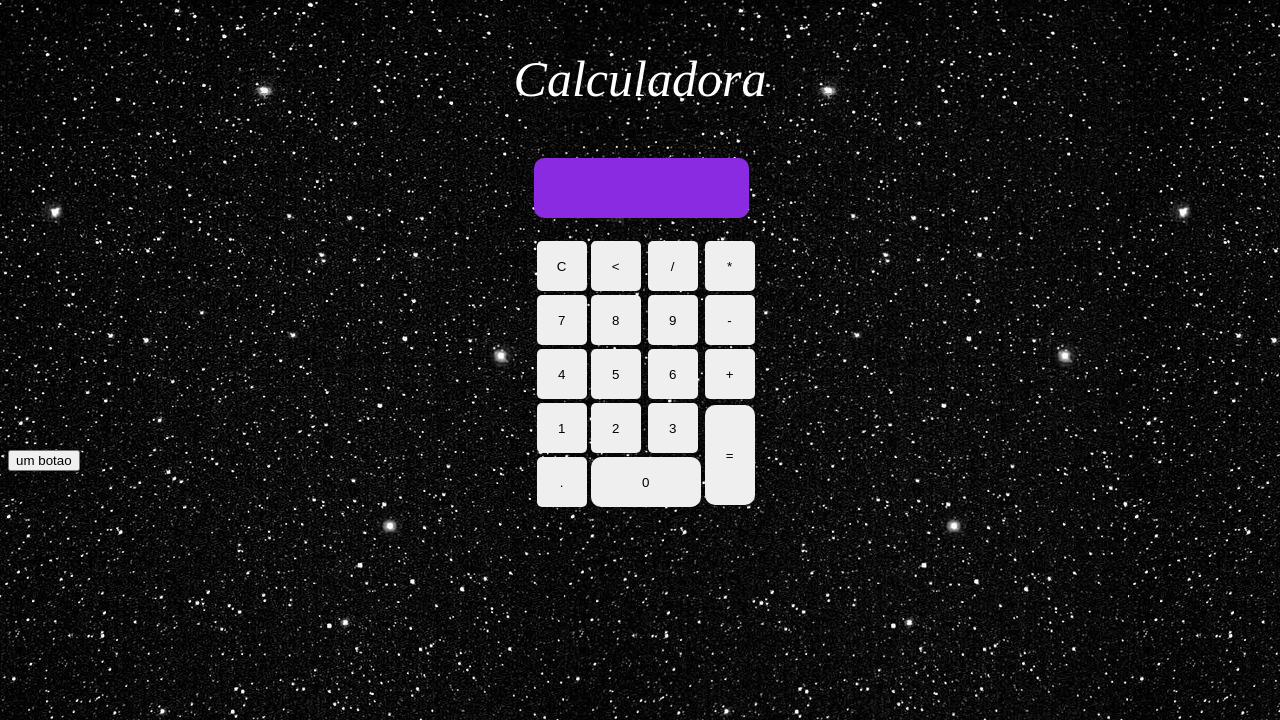
Repository: mariele-huff/calculadora
Page: index.html
The author's editor kept a copy of each file at every save. The page is drawn from the files as they stood at one save, then again after the next save.
The browser window is 1280 px wide. The pictures show the whole page.
After loading, the first visible `button[onclick="mudaCor()"]` was clicked once.

Above is the page before, as saved 2022-08-14 20:24:36.
Console error: TypeError: Cannot read properties of null (reading 'style')

After the next save:
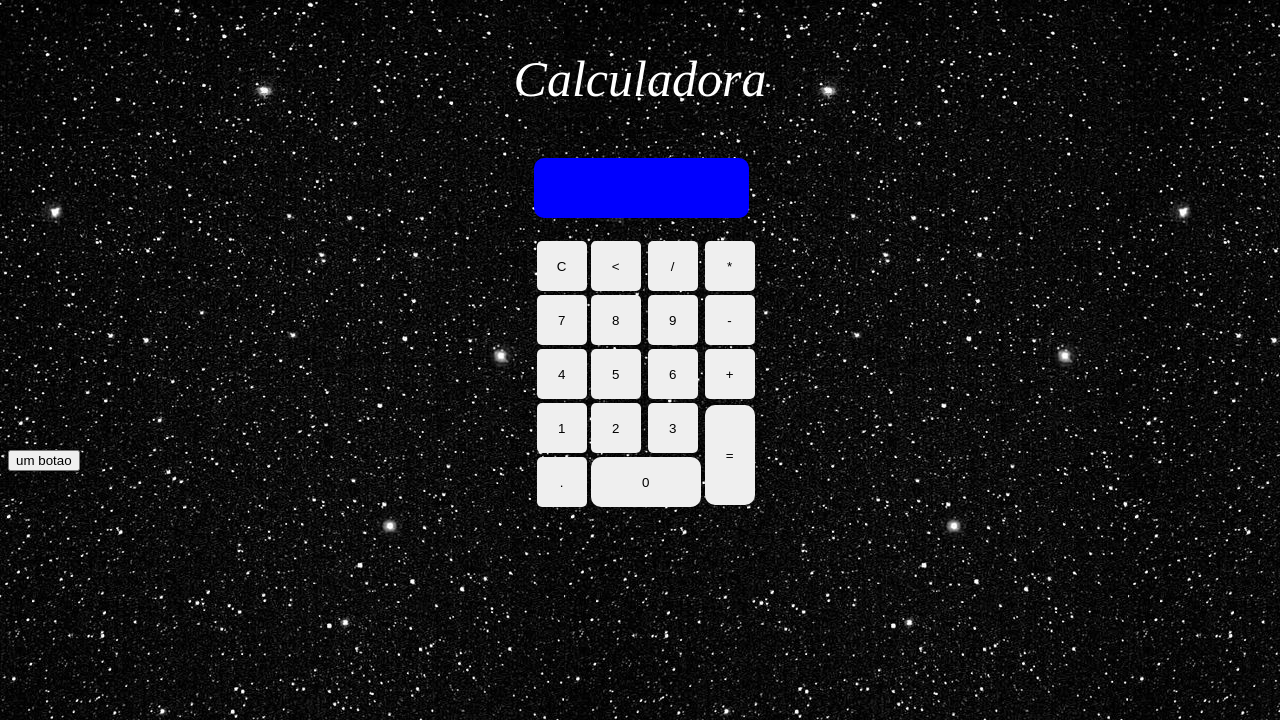
The error is gone.
Saved 60 s later.
--- a/index.js
+++ b/index.js
@@ -30,7 +30,7 @@ let calcular = () => {
 }
 }
 let mudaCor = () => {
-   document.getElementById('#resultado').style.background = 'blue'
+   document.getElementById('resultado').style.background = 'blue'
    }
 
 
